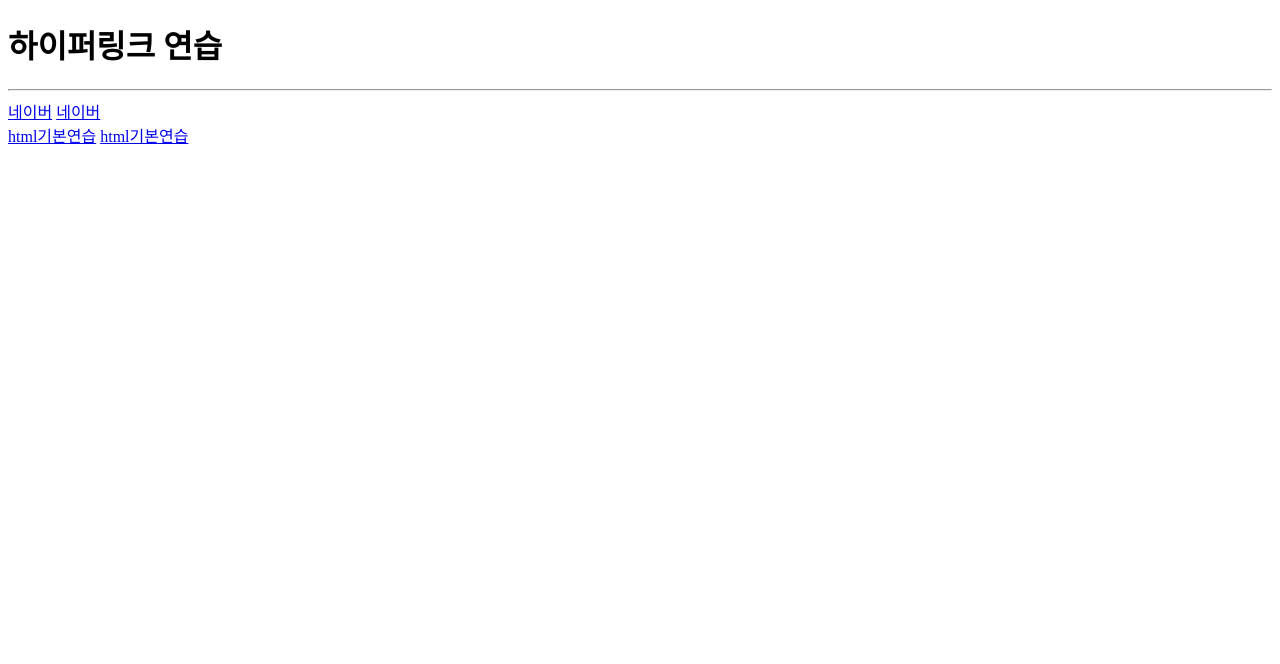
Repository: insunkang/JSP
Page: clientweb/WebContent/html/link.html
An editor plug-in stored every save of this project. The page is shown before and after the next save, followed by the edit.
The browser window is 1280 px wide. The pictures show the whole page.

Above is the page before, as saved 2020-01-02 01:16:40.

After the next save:
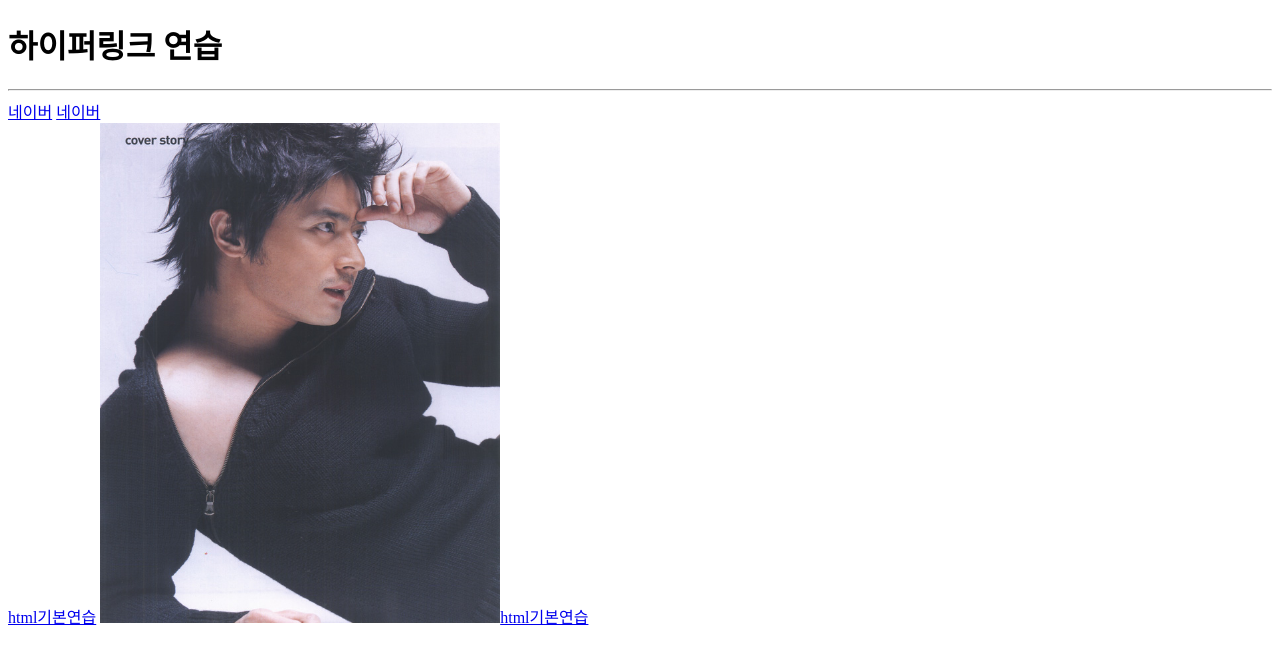
Saved 2 min 21 s later.
--- a/clientweb/WebContent/html/link.html
+++ b/clientweb/WebContent/html/link.html
@@ -11,7 +11,8 @@
 	<a href="http://www.naver.com" target="_blank">네이버</a>
 	<br/>
 	<a href="/clientweb/html/lounge.html">html기본연습</a>
-	<a href="lounge.html">html기본연습</a>
+	<a href="lounge.html"><img alt="멋진 장동건" src="../images/jang1.jpg" width="400" height="500"/>html기본연습</a>
+
 
 </body>
 </html>
